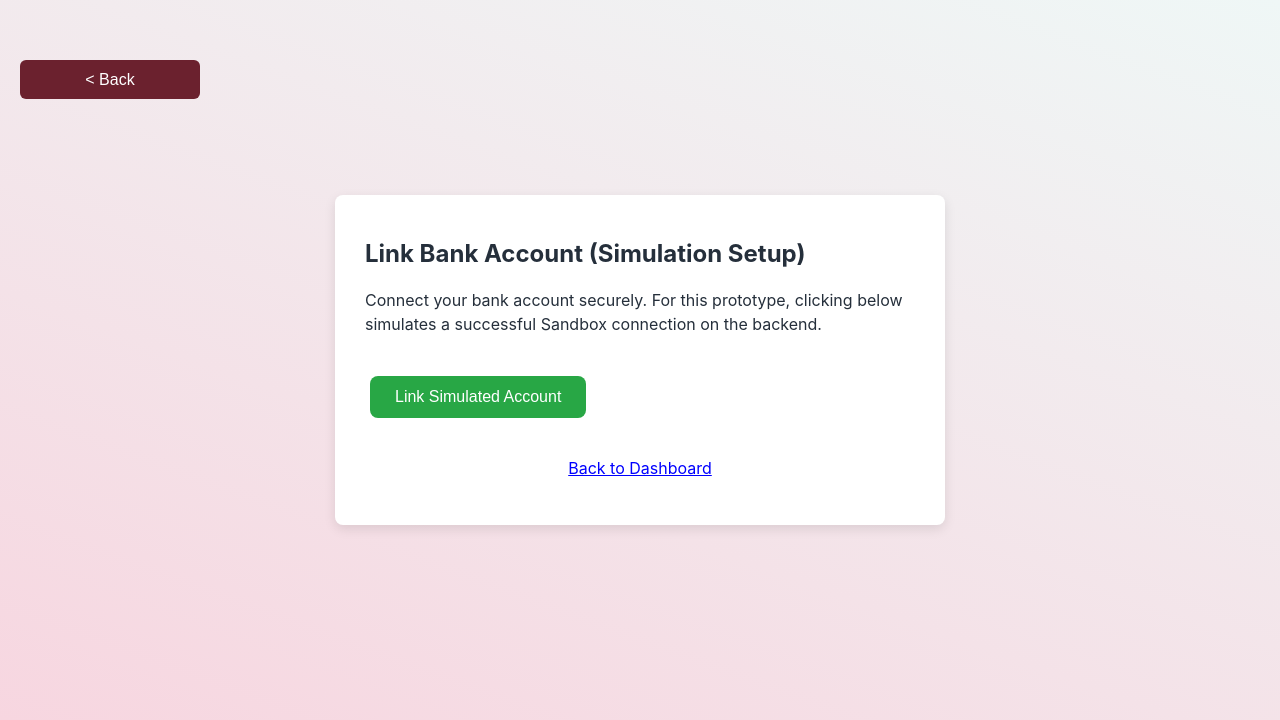
Repository: aab232/https---github.com-aab232-Deferred-Payment-Platform
Page: /link-account (app in frontend/)
An editor plug-in stored every save of this project. The page is shown before and after the next save, followed by the edit.
The browser window is 1280 px wide. The pictures show the whole page.
The project was rebuilt for these pictures with package versions that can differ from the ones it lists, and the page was loaded fresh each time. Also part of the build but not shown: frontend/src/components/Home.js, frontend/src/components/Register.js, frontend/src/components/Login.js, frontend/src/components/Main.js, frontend/src/components/Settings.js, frontend/src/components/Privacy.js, frontend/src/components/ContactUs.js, frontend/src/components/FAQ.css and 7 more.

Above is the page before, as saved 2025-05-09 01:49:56.

### frontend/src/components/LinkAccount.js
import React, { useState, useCallback } from 'react';
import { useNavigate } from 'react-router-dom';
import BackButton from './BackButton';


// --- Authenticated Fetch Helper ---
// Make sure this is the corrected version that always returns a fetch-like object
async function authenticatedFetch(url, options = {}) {
    const token = localStorage.getItem('authToken');
    const headers = { 'Content-Type': 'application/json', ...options.headers };

    if (token) {
        headers['Authorization'] = `Bearer ${token}`;
    } else {
        console.warn("Auth token missing for API call to", url);
        return {
            ok: false,
            status: 401,
            json: async () => ({ success: false, message: "Authentication token missing." }),
            text: async () => ("Authentication token missing.")
        };
    }

    try {
        const apiUrl = process.env.REACT_APP_API_BASE_URL || 'http://localhost:5000';
        const response = await fetch(`${apiUrl}${url}`, { ...options, headers });
        return response;
    } catch (error) {
        console.error(`API Fetch Error for ${url}:`, error);
        return {
            ok: false,
            status: 503, // Service Unavailable or network error
            json: async () => ({ success: false, message: "Network error or server unavailable." }),
            text: async () => (error.message || "Network error or server unavailable.")
        };
    }
}
// --- ---------------------------- ---


const LinkAccount = () => {
    const navigate = useNavigate();
    const [linkLoading, setLinkLoading] = useState(false);
    const [linkError, setLinkError] = useState(null);
    const [linkSuccess, setLinkSuccess] = useState(false);

    // Function to simulate backend token exchange (stores placeholder)
    const simulateTokenExchange = useCallback(async () => {
        setLinkLoading(true);
        setLinkError(null); // Clear previous error before new attempt
        setLinkSuccess(false); // Clear previous success before new attempt
        console.log("Simulating Plaid token exchange on backend...");

        const response = await authenticatedFetch('/api/exchange_public_token', {
             method: 'POST',
             body: JSON.stringify({ public_token: null }) // Backend handles this as simulation
        });

        setLinkLoading(false); // Stop loading indicator

        let resultData = { success: false, message: "An unexpected error occurred during simulation." }; // Default error data

        try {
            // Ensure response object exists and has a .json method before trying to parse
            if (response && typeof response.json === 'function') {
                resultData = await response.json();
            } else if (response && typeof response.text === 'function') {
                // Fallback for non-JSON error responses, to provide some server text
                const errorText = await response.text();
                resultData = { success: false, message: `Simulation setup failed. Server response: ${errorText}` };
                console.error("Simulated Link: Response was not valid JSON or response object malformed. Text:", errorText, "Response:", response);
            } else {
                // If response itself is totally missing or malformed from authenticatedFetch's perspective
                console.error("Simulated Link: Invalid or missing response object from authenticatedFetch.");
                // The message in resultData ("An unexpected error...") will be used.
            }
        } catch (e) {
            // Catch error if .json() parsing itself fails (e.g., malformed JSON string)
            console.error("Simulated Link: Error parsing JSON response:", e);
            resultData = { success: false, message: "Simulation setup failed: Could not process server's response." };
        }

        if (response && response.ok && resultData && resultData.success) {
            setLinkSuccess(true);
            setLinkError(null); // Explicitly clear error on success
        } else {
            setLinkSuccess(false); // Explicitly clear success on error
            let errorMessage = "Failed to simulate account link. Please try again."; // Default user-friendly message

            if (resultData && resultData.message) {
                errorMessage = resultData.message; // Use message from backend if available
            } else if (response && response.status === 503) { // Specifically from authenticatedFetch catch
                errorMessage = "Simulation service is temporarily unavailable. Please try again later.";
            }

            if (response && response.status === 401) {
                errorMessage = "Your session has expired. Please log in again to link your account.";
                // Optional: navigate('/login'); or provide a login button
            }
            setLinkError(errorMessage);
        }
    }, []);

    // Simplified button handler for simulation
    const handleSimulatedLinkClick = () => {
        simulateTokenExchange(); // Just trigger the simulated backend call
    };

    return (
        <div className='container'>
            <BackButton />
             <div className='form-card'>
                <h2>Link Bank Account (Simulation Setup)</h2>
                <p>
                    Connect your bank account securely. For this prototype,
                    clicking below simulates a successful Sandbox connection on the backend.
                </p>
                <button
                    onClick={handleSimulatedLinkClick}
                    disabled={linkLoading}
                    className="modal-action-button estimate-button" // Assuming these are your desired classes
                    style={{marginTop: '20px'}}
                >
                    {linkLoading ? 'Linking (Simulating)...' : 'Link Simulated Account'}
                </button>
                {linkError && <p className='assessment-error' style={{marginTop: '15px', textAlign: 'center'}}>{linkError}</p>}
                {linkSuccess && <p className='assessment-approved' style={{marginTop: '15px', textAlign: 'center'}}>✅ Bank account linked successfully (Simulated)!</p>}
                <p style={{marginTop: '30px', textAlign: 'center'}}>
                    <span
                        className="link-lookalike" // Assuming this class styles it like a link
                        onClick={() => navigate('/dashboard')}
                        style={{cursor: 'pointer', color: 'blue', textDecoration: 'underline'}} // Example inline styles for link
                    >
                        Back to Dashboard
                    </span>
                </p>
             </div>
        </div>
    );
};

export default LinkAccount;

### frontend/src/components/Home.css
.container {
    display: flex;
    justify-content: center;
    align-items: center;
    height: 100vh; /* Full viewport height */
    background: linear-gradient(135deg, #252f3b, #252d3b); /* Elegant gradient */
  }

  .card {
    text-align: center;
    background: #fff;
    padding: 40px 60px;
    border-radius: 24px;
    box-shadow: 0 8px 32px rgba(0, 0, 0, 0.2);
    max-width: 350px;
    width: 100%;
  }

  h1 {
    margin-bottom: 16px;
    font-size: 28px;
    color: #252f3b;
  }

  p {
    margin-bottom: 32px;
    font-size: 16px;
    color: #555;
  }

  .button-group {
    display: flex;
    justify-content: space-between;
  }

  .btn {
    padding: 12px 24px;
    font-size: 16px;
    border: none;
    border-radius: 30px; /* Rounded buttons */
    cursor: pointer;
    transition: background 0.3s ease;
    color: white;
    background: #252f3b;
  }

  .btn:hover {
    background: #252f3b; /* Button hover effect */
  }

### frontend/src/components/Form.css
.container {
  display: flex;
  justify-content: center;
  align-items: center;
  height: 100vh;
  background: linear-gradient(200deg, #eff7f6, #F7D6E0);
}

.form-card {
  background: white;
  padding: 40px 60px;
  border-radius: 24px;
  box-shadow: 0 8px 32px rgba(0, 0, 0, 0.2);
  max-width: 400px;
  width: 100%;
  text-align: center;
}

h2 {
  color: #252f3b;
}

input {
  display: block;
  width: 100%;
  margin: 10px 0;
  padding: 12px;
  border: 1px solid #ddd;
  border-radius: 30px;
}

.btn {
  padding: 12px 24px;
  margin-top: 20px;
  border-radius: 30px;
  border: none;
  color: white;
  background: #6b212e;
  cursor: pointer;
}

.btn:hover {
  background: #a41b34;
}

.link {
  color: #6b212e;
  cursor: pointer;
}

### frontend/src/components/Settings.css
.settings-container {
  display: flex;
  flex-direction: column;
  align-items: center;
  padding: 40px 20px;
  background: #f8f9fa;
  min-height: 100vh;
}

h1 {
  color: #343a40;
  margin-bottom: 20px;
}

.menu {
  display: flex;
  gap: 20px;
  margin-bottom: 40px;
}

.menu button {
  padding: 10px 20px;
  border: none;
  border-radius: 8px;
  cursor: pointer;
  transition: background 0.3s ease;
  font-weight: bold;
  background: #007bff;
  color: white;
}

.menu .danger {
  background: #dc3545;
}

.menu button:hover {
  opacity: 0.8;
}

/* Dropdown styling */
.dropdown {
  display: flex;
  flex-direction: column;
  gap: 10px;
  margin-top: 20px;
}

.dropdown button {
  padding: 8px 16px;
  border: none;
  border-radius: 8px;
  background: #6c757d;
  color: white;
  cursor: pointer;
  transition: background 0.3s ease;
}

.dropdown button:hover {
  background: #495057;
}

/* Section Styling */
.section {
  width: 100%;
  max-width: 600px;
  background: white;
  padding: 30px;
  border-radius: 16px;
  box-shadow: 0 8px 24px rgba(0, 0, 0, 0.1);
  margin-top: 20px;
}

h2 {
  color: #495057;
  margin-bottom: 20px;
}

input {
  width: 100%;
  padding: 12px;
  margin-bottom: 15px;
  border: 1px solid #ced4da;
  border-radius: 8px;
  font-size: 14px;
}

button {
  padding: 12px 20px;
  border: none;
  border-radius: 8px;
  cursor: pointer;
  background: #28a745;
  color: white;
  font-weight: bold;
}

button:hover {
  opacity: 0.9;
}

.info {
  margin-top: 20px;
  color: #6c757d;
}

### frontend/src/components/Privacy.css
.container {
    display: flex;
    justify-content: center;
    align-items: center;
    height: 100vh;
    background: linear-gradient(200deg, #eff7f6, #F7D6E0);
  }

  .form-card {
    background: white;
    padding: 40px 60px;
    border-radius: 24px;
    box-shadow: 0 8px 32px rgba(0, 0, 0, 0.2);
    max-width: 400px;
    width: 100%;
  }

  h2 {
    color: #252f3b;
    font-size: 24px;
    margin-bottom: 20px;
  }

  p {
    color: #252f3b;
    font-size: 16px;
    line-height: 1.5;
    margin-bottom: 20px;
    text-align: left;
  }

  .btn {
    padding: 12px 24px;
    margin-top: 20px;
    border-radius: 30px;
    border: none;
    color: white;
    background: #6b212e;
    cursor: pointer;
    width: 100%;
  }

  .btn:hover {
    background: #a41b34;
  }

  .link {
    color: #6b212e;
    cursor: pointer;
    text-decoration: underline;
    display: inline-block;
    margin-top: 10px;
  }

  .link:hover {
    color: #a41b34;
  }

  .privacy-container {
    text-align: left;
    margin-top: 20px;
  }

  .request-data-btn {
    padding: 10px 20px;
    margin-top: 15px;
    background-color: #6b212e;
    color: white;
    border: none;
    border-radius: 30px;
    cursor: pointer;
    font-size: 16px;
    width: 100%;
  }

  .request-data-btn:hover {
    background-color: #a41b34;
  }

### frontend/src/components/ContactUs.css
.form-group {
    margin-bottom: 20px; /* Spacing between form fields */
    text-align: left;   /* Ensure labels align left */
  }

  .form-group label {
    display: block;     /* Make label take its own line */
    margin-bottom: 8px; /* Space between label and input */
    color: #333;      /* Label color */
    font-size: 14px;    /* Label font size */
    font-weight: bold;  /* Make labels stand out */
  }

  .form-group input[type="text"],
  .form-group input[type="email"],
  .form-group textarea {
    width: 100%;                /* Make inputs fill the card width */
    padding: 12px;              /* Padding inside inputs */
    border: 1px solid #ccc;     /* Subtle border */
    border-radius: 8px;         /* Slightly rounded corners for inputs */
    box-sizing: border-box;     /* Include padding/border in element's total width/height */
    font-size: 14px;            /* Font size inside inputs */
    margin-top: 0;              /* Remove any default browser margin */
  }

  .form-group textarea {
    resize: vertical;           /* Allow vertical resize only */
    min-height: 120px;          /* Ensure textarea has a decent default height */
  }

  /* Optional: Style for focus state */
  .form-group input[type="text"]:focus,
  .form-group input[type="email"]:focus,
  .form-group textarea:focus {
    border-color: #6b212e; /* Highlight border with theme color on focus */
    outline: none;           /* Remove default browser outline */
    box-shadow: 0 0 0 2px rgba(107, 33, 46, 0.2); /* Subtle glow effect */
  }

  /* Optional: Style for placeholder text */
  ::placeholder { /* Chrome, Firefox, Opera, Safari 10.1+ */
    color: #aaa;
    opacity: 1; /* Firefox */
  }

  :-ms-input-placeholder { /* Internet Explorer 10-11 */
    color: #aaa;
  }

  ::-ms-input-placeholder { /* Microsoft Edge */
    color: #aaa;
  }

### frontend/src/components/CreditHistory.css
.history-container {
    display: flex;
    justify-content: center;
    align-items: flex-start;
    min-height: 100vh;
    background: linear-gradient(200deg, #eff7f6, #F7D6E0);
    padding: 50px 20px;
    box-sizing: border-box;
}

.history-card {
    background: white;
    padding: 30px 40px;
    border-radius: 16px;
    box-shadow: 0 6px 25px rgba(0, 0, 0, 0.15);
    max-width: 950px; /* Wider card for table */
    width: 100%;
}

.history-card h2 {
    text-align: center;
    color: #252f3b;
    margin-top: 0;
    margin-bottom: 30px;
}

.loading-message,
.error-message {
    text-align: center;
    padding: 20px;
    font-size: 1.1em;
    margin-top: 20px;
}

.error-message {
    color: #842029;
    background-color: #f8d7da;
    border: 1px solid #f5c2c7;
    border-radius: 6px;
}

.history-table {
    width: 100%;
    border-collapse: collapse;
    margin-top: 20px;
    font-size: 0.95em;
}

.history-table thead th {
    background-color: #f8f9fa;
    border-bottom: 2px solid #dee2e6;
    padding: 12px 10px;
    text-align: left;
    color: #495057;
    white-space: nowrap;
}

.history-table tbody td {
    border-bottom: 1px solid #e9ecef;
    padding: 10px 10px;
    vertical-align: middle;
}

.history-table tbody tr:last-child td {
    border-bottom: none;
}

.history-table tbody tr:hover {
    background-color: #f8f9fa; /* Subtle hover */
}

.back-button {
    display: block;
    margin: 30px auto 0 auto; /* Center button */
    padding: 10px 25px;
    font-size: 1em;
    cursor: pointer;
    background-color: #6c757d; /* Secondary color */
    color: white;
    border: none;
    border-radius: 6px;
    transition: background-color 0.2s ease;
}
.back-button:hover {
    background-color: #5a6268;
}


/* Responsive adjustments for table if needed */
@media (max-width: 768px) {
    .history-card {
        padding: 20px;
    }
    .history-table {
        display: block;
        overflow-x: auto; /* Allow horizontal scrolling on small screens */
        white-space: nowrap;
    }
    .history-table thead th,
    .history-table tbody td {
        padding: 8px;
        font-size: 0.9em;
    }
     .history-card h2 {
        font-size: 1.5em;
     }
}

### frontend/src/components/BackButton.css
.back-button {
  padding: 6px 12px;
  border-radius: 6px;
  background: #a41b34;
  color: #a41b34;
  font-size: 0.95em;
  font-weight: 500;
  cursor: pointer;
  transition: background 0.2s ease, color 0.2s ease, box-shadow 0.2s ease;
  border: 1px solid #d1d5db;
  line-height: 1.2;
  display: inline-flex;
  align-items: center;


position: absolute;
top: 20px;
left: 20px;
}

.back-button:hover {
  background: #6b200e;
  color: white;
  box-shadow: 0 1px 3px rgba(0, 0, 0, 0.1);
}

.back-button:focus {
    outline: 2px solid #e8a6ba;
    outline-offset: 2px;
}

.back-button:active {
    background-color: #d0d0d0;
}

### frontend/src/components/Repayments.css
.repayment-container {
    padding: 50px 20px;
    box-sizing: border-box;
  }

  .repayment-card {
    background: white;
    padding: 30px 40px;
    border-radius: 24px;
    box-shadow: 0 8px 32px rgba(0, 0, 0, 0.2);
    max-width: 650px;
    width: 100%;
  }

  .repayment-card h2 {
    color: #252f3b;
    text-align: center;
    margin-top: 0;
    margin-bottom: 30px;
  }

  .loading-message {
      text-align: center;
      padding: 20px;
      font-size: 1.1em;
      margin-top: 20px;
      color: #4a5568;
  }

  .error-message {
      text-align: center; padding: 12px; font-size: 0.95em; margin-top: 20px;
      color: #842029; background-color: #f8d7da; border: 1px solid #f5c2c7; border-radius: 6px;
  }


  .order-list {
      margin-top: 20px;
      display: flex;
      flex-direction: column;
      gap: 20px;
  }

  .order-item {
      border: 1px solid #e2e8f0;
      border-radius: 12px;
      padding: 15px 20px;
      background-color: #fdfdff;
  }

  .order-item h3 {
      margin-top: 0;
      margin-bottom: 8px;
      color: #334155;
      font-size: 1.1em;
  }

  .order-item p {
      margin: 4px 0;
      font-size: 0.95em;
      color: #4a5568;
      line-height: 1.4;
  }

  .order-item .remaining-balance {
      font-weight: bold;
      color: #c82333;
  }

  .repayment-action {
      margin-top: 15px;
      display: flex;
      gap: 10px;
      align-items: center;
      flex-wrap: wrap;
  }

  .repayment-input {
      display: block;
      flex-grow: 1;
      max-width: 160px;
      margin: 0;
      padding: 10px 12px;
      border: 1px solid #ddd;
      border-radius: 30px;
      box-sizing: border-box;
  }

  .repayment-button {
      flex-shrink: 0;
  }
  .repayment-button {
      background: #0d6efd;
  }
  .repayment-button:hover:not(:disabled) {
      background: #0a58ca;
  }
  .repayment-button:disabled {
       background: #cccccc !important;
       cursor: not-allowed;
  }


  .payment-success,
  .payment-error {
      padding: 8px 12px;
      border-radius: 6px;
      margin-top: 12px;
      font-size: 0.9em;
      text-align: center;
  }
  .payment-success {
      color: #0f5132;
      background-color: #d1e7dd;
      border: 1px solid #badbcc;
  }
  .payment-error {
      color: #842029;
      background-color: #f8d7da;
      border: 1px solid #f5c6cb;
  }

  .back-button {
      display: block;
      margin: 40px auto 10px auto;
  }

Loaded but not shown: frontend/public/index.html (common file); frontend/src/index.js (common file); frontend/src/index.css (common file); frontend/src/App.js (41 lines, source omitted); frontend/src/components/BackButton.js (15 lines, source omitted); frontend/src/components/Main.css (349 lines, source omitted); frontend/src/components/BufferBag.css (188 lines, source omitted); frontend/src/components/SpendingLimit.css (141 lines, source omitted)

After the next save:
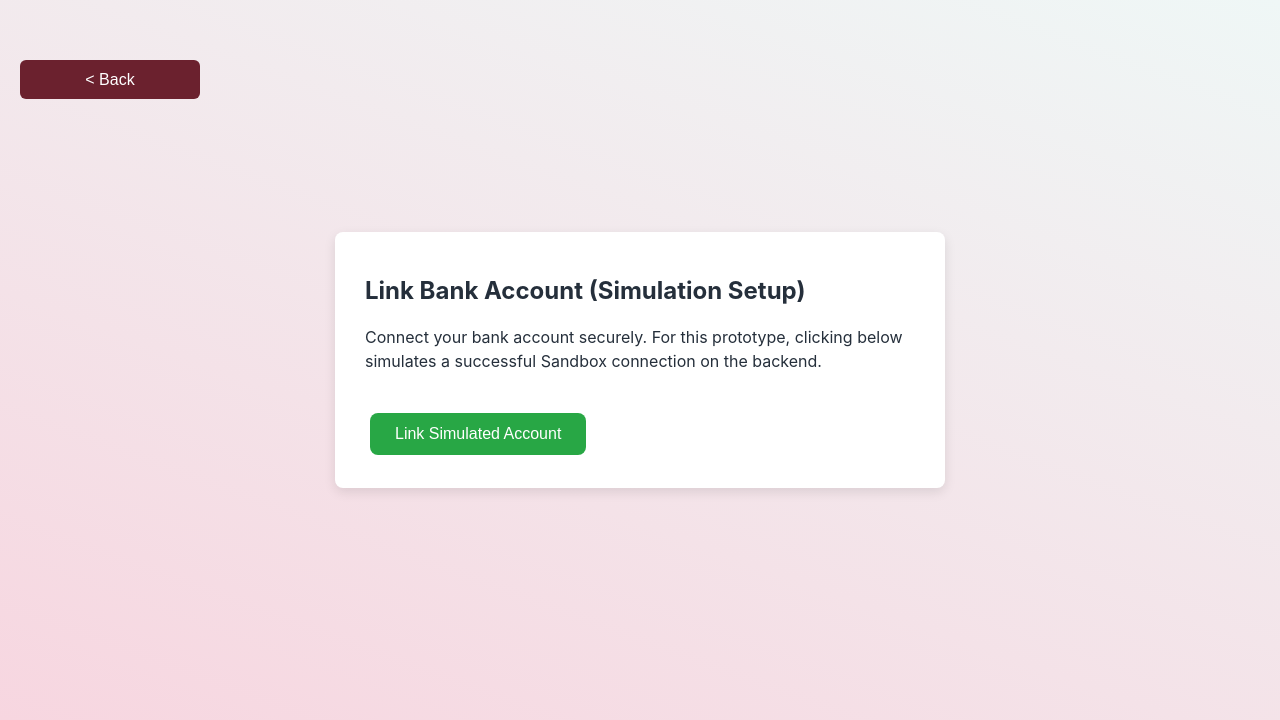
Saved 2 min 49 s later.
--- a/frontend/src/components/LinkAccount.js
+++ b/frontend/src/components/LinkAccount.js
@@ -125,15 +125,6 @@ const LinkAccount = () => {
                 </button>
                 {linkError && <p className='assessment-error' style={{marginTop: '15px', textAlign: 'center'}}>{linkError}</p>}
                 {linkSuccess && <p className='assessment-approved' style={{marginTop: '15px', textAlign: 'center'}}>✅ Bank account linked successfully (Simulated)!</p>}
-                <p style={{marginTop: '30px', textAlign: 'center'}}>
-                    <span
-                        className="link-lookalike" // Assuming this class styles it like a link
-                        onClick={() => navigate('/dashboard')}
-                        style={{cursor: 'pointer', color: 'blue', textDecoration: 'underline'}} // Example inline styles for link
-                    >
-                        Back to Dashboard
-                    </span>
-                </p>
              </div>
         </div>
     );

After the save that followed:
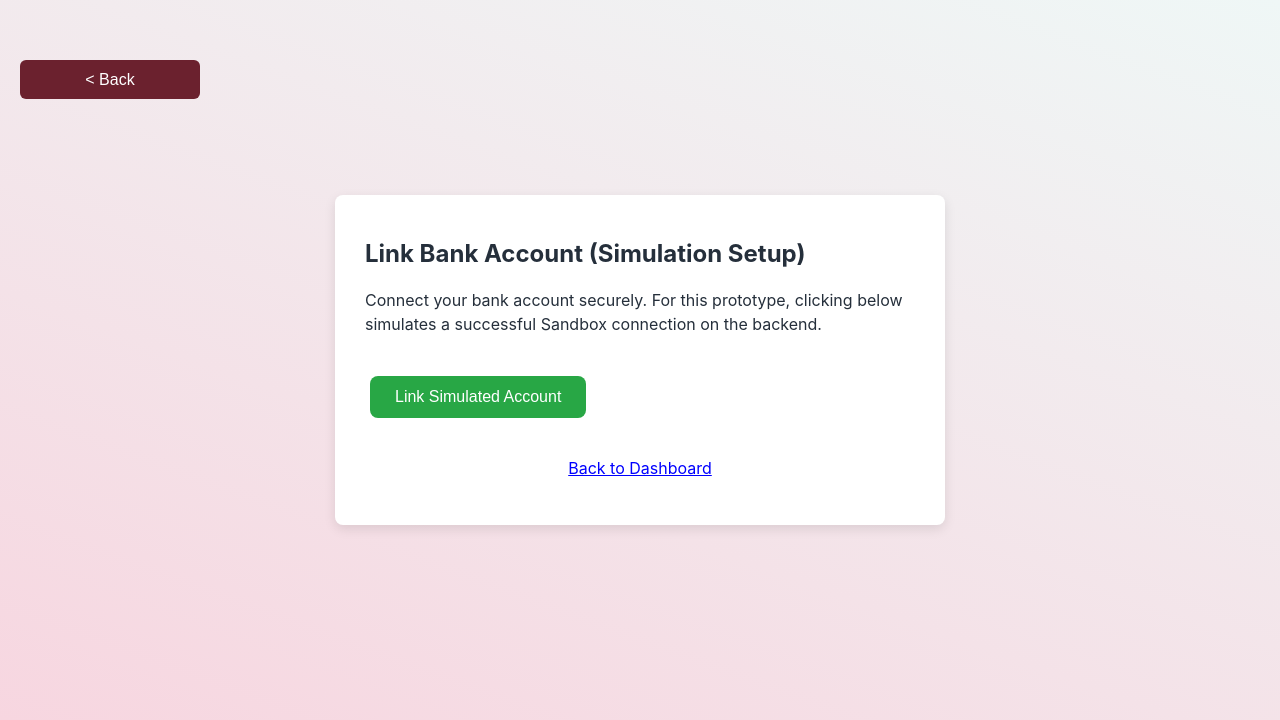
Saved 16 s later.
--- a/frontend/src/components/LinkAccount.js
+++ b/frontend/src/components/LinkAccount.js
@@ -125,6 +125,15 @@ const LinkAccount = () => {
                 </button>
                 {linkError && <p className='assessment-error' style={{marginTop: '15px', textAlign: 'center'}}>{linkError}</p>}
                 {linkSuccess && <p className='assessment-approved' style={{marginTop: '15px', textAlign: 'center'}}>✅ Bank account linked successfully (Simulated)!</p>}
+                <p style={{marginTop: '30px', textAlign: 'center'}}>
+                    <span
+                        className="link-lookalike" // Assuming this class styles it like a link
+                        onClick={() => navigate('/dashboard')}
+                        style={{cursor: 'pointer', color: 'blue', textDecoration: 'underline'}} // Example inline styles for link
+                    >
+                        Back to Dashboard
+                    </span>
+                </p>
              </div>
         </div>
     );
